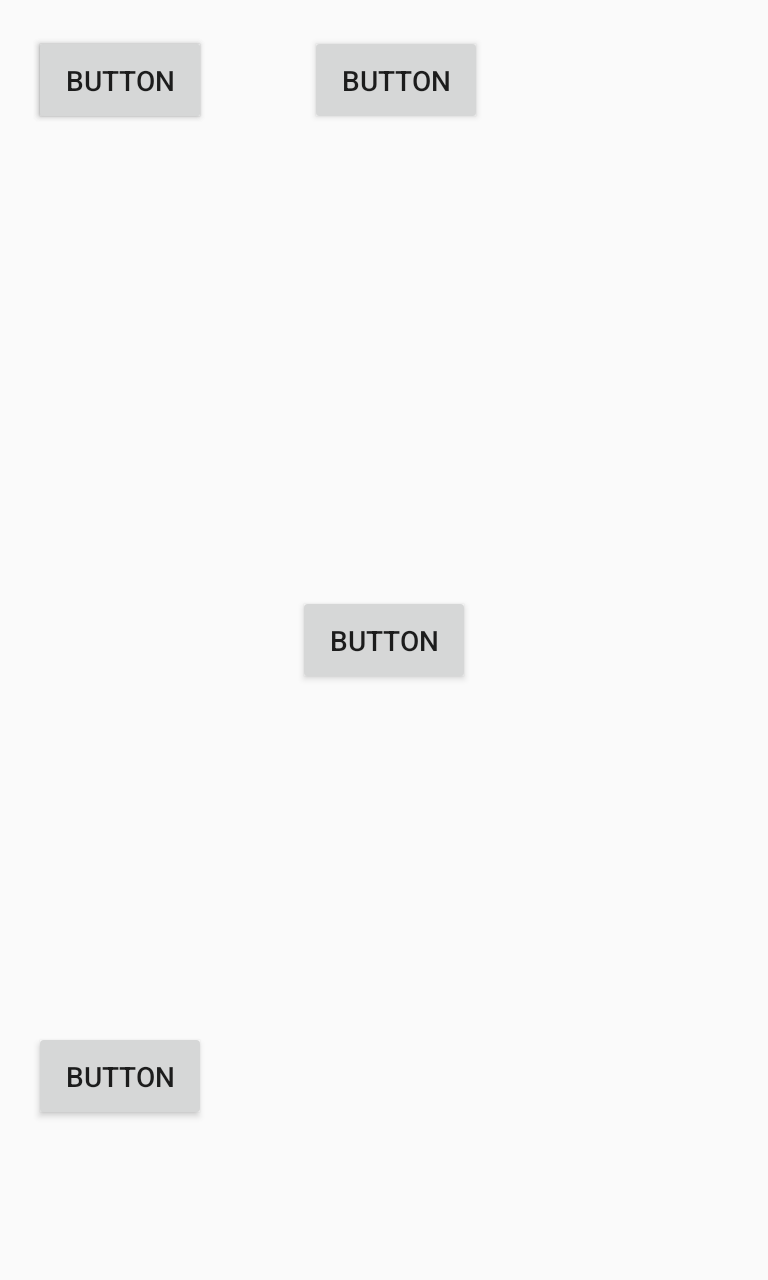
Repository: HarithaAmmuHari/Project
Layout: Relative/res/layout/activity_main.xml
These files come from the project's save history. The layout is drawn as it stood at one moment and after the next save; the edit follows.
It is drawn on a 768 x 1280 px phone screen (xhdpi) without system bars, with theme AppTheme; the app's code is not run.

Above is the layout before, as saved 2015-01-21 10:07:15.

### Relative/res/layout/activity_main.xml
<RelativeLayout xmlns:android="http://schemas.android.com/apk/res/android"
    xmlns:tools="http://schemas.android.com/tools"
    android:layout_width="match_parent"
    android:layout_height="match_parent"
    android:paddingBottom="@dimen/activity_vertical_margin"
    android:paddingLeft="@dimen/activity_horizontal_margin"
    android:paddingRight="@dimen/activity_horizontal_margin"
    android:paddingTop="@dimen/activity_vertical_margin"
    tools:context="com.example.relative.MainActivity" >

    <Button
        android:id="@+id/button1"
        android:layout_width="wrap_content"
        android:layout_height="wrap_content"
        android:layout_alignParentLeft="true"
        android:layout_alignParentTop="true"
        android:layout_marginRight="50dp"
        android:text="Button" />

    <Button
        android:id="@+id/Button01"
        android:layout_width="wrap_content"
        android:layout_height="wrap_content"
        android:layout_toRightOf="@+id/button1"
        android:text="Button" />

    <Button
        android:id="@+id/Button02"
        android:layout_width="wrap_content"
        android:layout_height="wrap_content"
        android:layout_centerInParent="true"
        android:text="Button" />

    <Button
        android:id="@+id/Button03"
        android:layout_width="wrap_content"
        android:layout_height="wrap_content"
        android:layout_below="@+id/button1"
        android:layout_marginTop="450dp"
        android:text="Button" />

    <Button
        android:id="@+id/Button04"
        android:layout_width="wrap_content"
        android:layout_height="wrap_content"
        android:text="Button" />

</RelativeLayout>

Loaded but not shown: Relative/res/values/styles.xml (common file); Relative/res/values-v11/styles.xml (common file); Relative/res/values-v14/styles.xml (common file); Relative/res/values/dimens.xml (common file); Relative/res/values-w820dp/dimens.xml (common file)

After the next save:
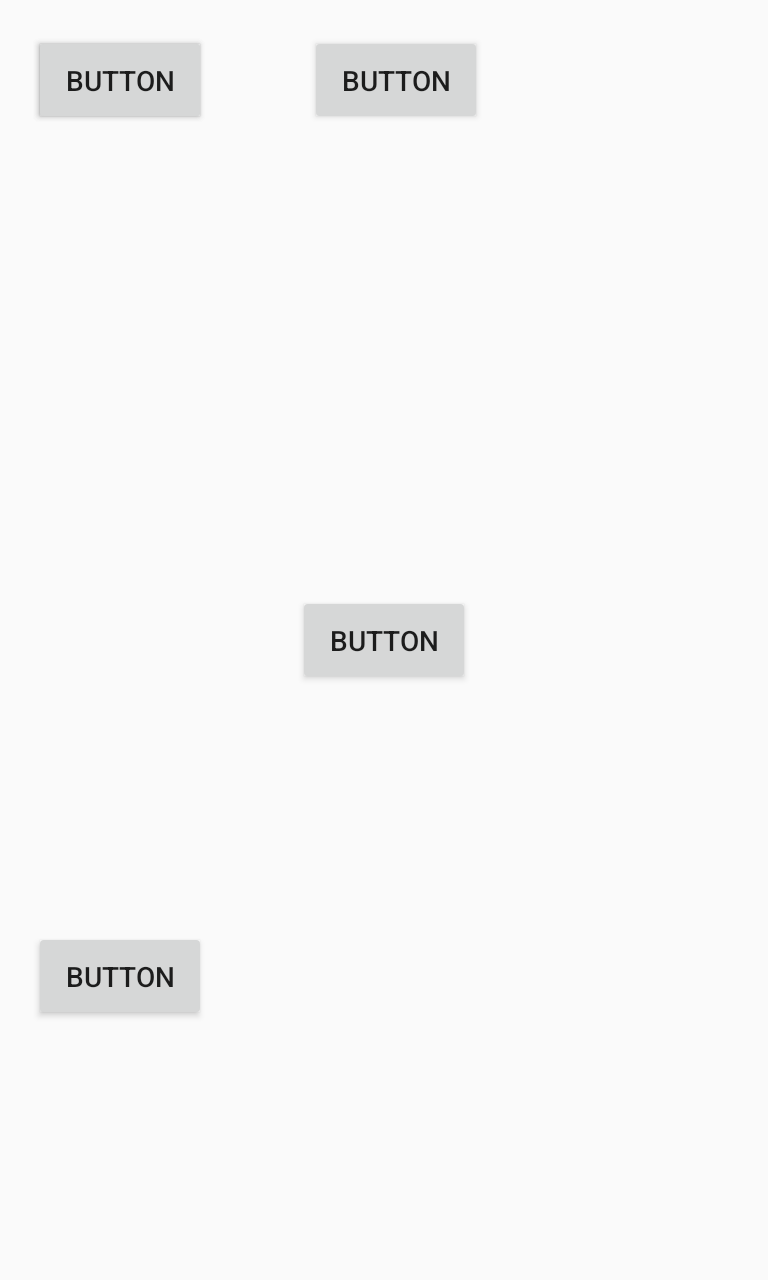
Saved 14 s later.
--- a/Relative/res/layout/activity_main.xml
+++ b/Relative/res/layout/activity_main.xml
@@ -36,7 +36,7 @@
         android:layout_width="wrap_content"
         android:layout_height="wrap_content"
         android:layout_below="@+id/button1"
-        android:layout_marginTop="450dp"
+        android:layout_marginTop="400dp"
         android:text="Button" />
 
     <Button
